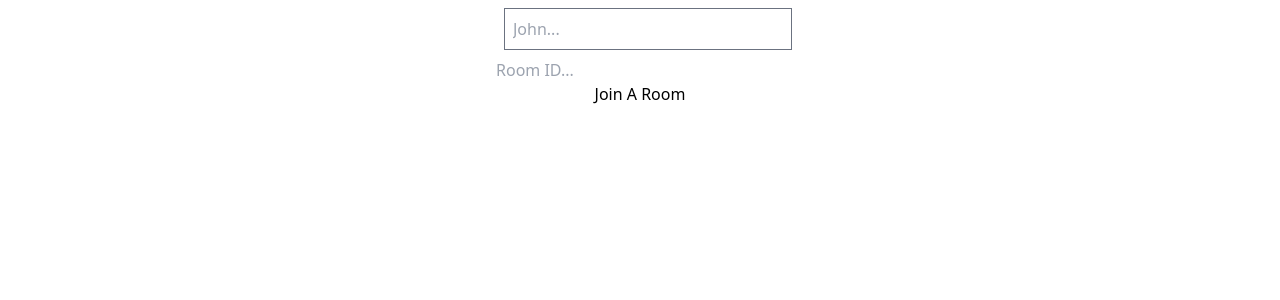
Repository: GabrielMorring/tictactoe
Page: /
The author's editor kept a copy of each file at every save. The page is drawn from the files as they stood at one save, then again after the next save.
The browser window is 1280 px wide. The pictures show the whole page.
The page's requests for data from a server got no answer. The project was rebuilt for these pictures with package versions that can differ from the ones it lists, and the page was loaded fresh each time. No one was signed in, and anything a server would have sent is missing. Also part of the build but not shown: src/components/Square.jsx, src/components/Board.jsx.

Above is the page before, as saved 2022-06-20 10:10:58.

### src/App.js
import Board from "./components/Board";
import { useState } from "react";
import io from "socket.io-client";

const socket = io.connect("http://localhost:3001");

function App() {
  const [showBoard, setShowBoard] = useState(false);
  const [userName, setUserName] = useState("");
  const [room, setRoom] = useState("");

  const joinRoom = () => {
    if (userName !== "" && room !== "") {
      socket.emit("join_room", room);
      setShowBoard(true);
    } else {
      alert("Please enter a username and room");
    }
  };

  return (
    <div className="">
      {showBoard ? (
        <Board socket={socket} userName={userName} room={room} />
      ) : (
        <div className="flex flex-col w-72 m-auto">
          <input
            className="w-full p-2 m-2 border border-gray-500"
            type="text"
            placeholder="John..."
            onChange={(e) => setUserName(e.target.value)}
          />
          <input
            type="text"
            placeholder="Room ID..."
            onChange={(e) => setRoom(e.target.value)}
          />
          <button onClick={joinRoom}>Join A Room</button>
        </div>
      )}
    </div>
  );
}

export default App;

Loaded but not shown: public/index.html (common file); src/index.js (common file); src/index.css (common file); src/reportWebVitals.js (common file); tailwind.config.js (common file)

After the next save:
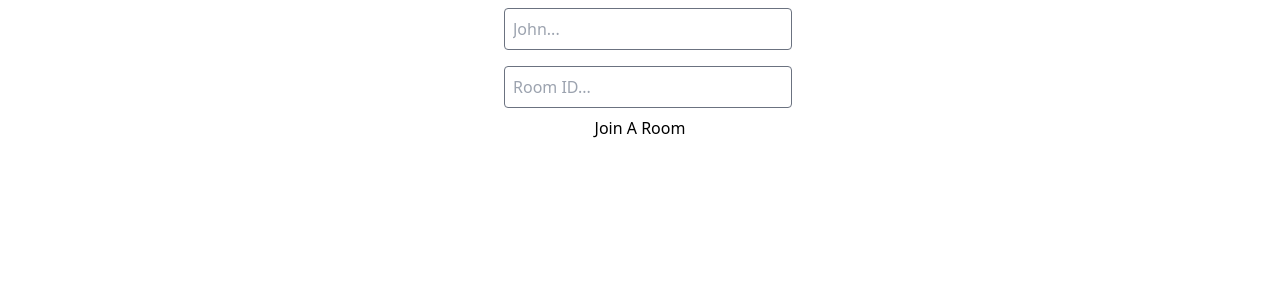
Saved 33 s later.
--- a/src/App.js
+++ b/src/App.js
@@ -25,12 +25,13 @@ function App() {
       ) : (
         <div className="flex flex-col w-72 m-auto">
           <input
-            className="w-full p-2 m-2 border border-gray-500"
+            className="w-full p-2 m-2 border border-gray-500 rounded"
             type="text"
             placeholder="John..."
             onChange={(e) => setUserName(e.target.value)}
           />
           <input
+            className="w-full p-2 m-2 border border-gray-500 rounded"
             type="text"
             placeholder="Room ID..."
             onChange={(e) => setRoom(e.target.value)}
